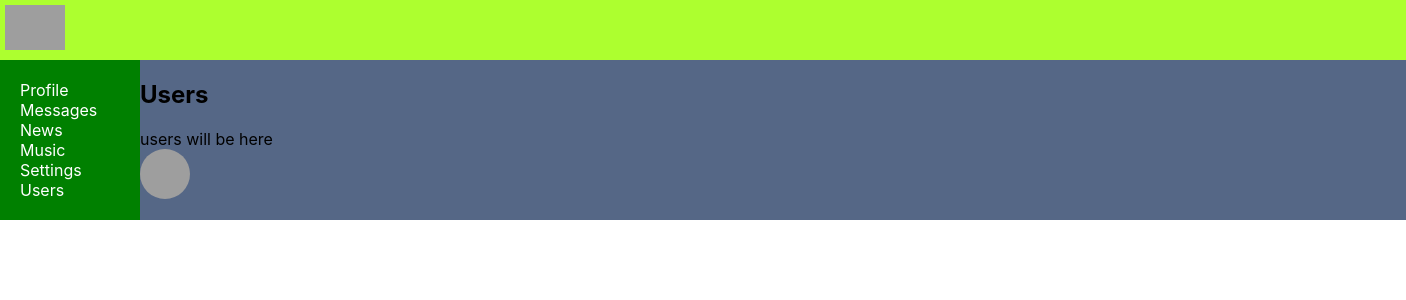
Repository: AndreyMykulych/FirstProject
Page: /users
An editor plug-in stored every save of this project. The page is shown before and after a run of saves, followed by the edit.
The browser window is 1280 px wide. The page is 1406 px wide, so the pictures cover 1406 px, including what lies to the right of the window. The pictures show the whole page.
Pictures or frames that could not be fetched are drawn as grey boxes. The project was rebuilt for these pictures with package versions that can differ from the ones it lists, and the page was loaded fresh each time. Also part of the build but not shown: src/components/Profile/MyPosts/MyPosts.module.css, src/components/Profile/MyPosts/Post/Post.module.css, src/components/Profile/MyPosts/Post/Post.jsx, src/components/Profile/MyPosts/MyPosts.jsx, src/components/Profile/MyPosts/MyPostsContainer.jsx, src/components/Profile/ProfileInfo/ProfileInfo.module.css, src/components/Profile/ProfileInfo/ProfileInfo.jsx, src/components/Profile/Profile.jsx and 4 more.

Above is the page before, as saved 2022-06-27 15:31:16.

After the next 2 saves:
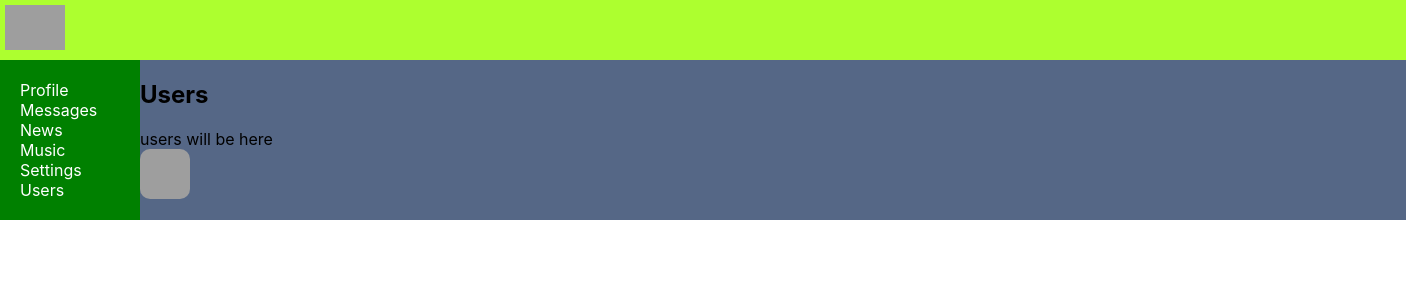
The 2 saves are shown as one change because they came seconds apart.
The last was saved 8 s later.
--- a/src/components/Users/User/User.module.css
+++ b/src/components/Users/User/User.module.css
@@ -2,5 +2,5 @@
     width: 50px;
     height:50px;
 
-    border-radius: 35px;
+    border-radius: 10px;
 }
